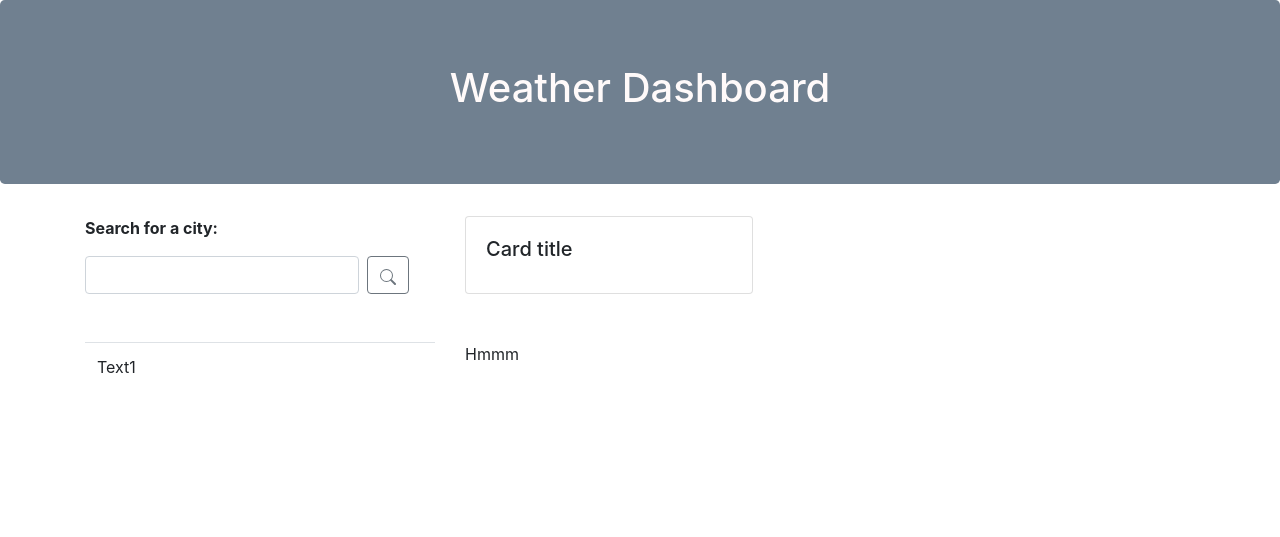
Repository: himaja830/Weather-Dashboard
Page: index.html
These files come from the project's save history. The page is drawn as it stood at one moment and after the next save; the edit follows.
The browser window is 1280 px wide. The pictures show the whole page.

Above is the page before, as saved 2020-06-27 11:26:40.

### index.html
<!DOCTYPE html>
<html lang="en">
<head>
    <meta charset="UTF-8">
    <meta name="viewport" content="width=device-width, initial-scale=1.0">
    <title>Weather Dashboard</title>
    <link rel="stylesheet" href="https://stackpath.bootstrapcdn.com/bootstrap/4.5.0/css/bootstrap.min.css" integrity="sha384-9aIt2nRpC12Uk9gS9baDl411NQApFmC26EwAOH8WgZl5MYYxFfc+NcPb1dKGj7Sk" crossorigin="anonymous">
    <link rel="stylesheet" href="assets/style.css">
</head>
<body>
    <div class="jumbotron">
        <h1>Weather Dashboard</h1>
    </div>
    <div class="container">
        <div class="row row-cols-4">
            <div class="col-4">
                <strong><p>Search for a city:</p></strong>
                <form class="form-inline">
                <input class="form-control mr-sm-2" type="search"  aria-label="Search">
                <button class="btn btn-outline-secondary my-2 my-sm-0" type="submit">
                    <svg width="1em" height="1em" viewBox="0 0 16 16" class="bi bi-search" fill="currentColor" xmlns="http://www.w3.org/2000/svg">
                    <path fill-rule="evenodd" d="M10.442 10.442a1 1 0 0 1 1.415 0l3.85 3.85a1 1 0 0 1-1.414 1.415l-3.85-3.85a1 1 0 0 1 0-1.415z"/>
                    <path fill-rule="evenodd" d="M6.5 12a5.5 5.5 0 1 0 0-11 5.5 5.5 0 0 0 0 11zM13 6.5a6.5 6.5 0 1 1-13 0 6.5 6.5 0 0 1 13 0z"/>
                  </svg>
                </button>
              </form>
              <br>
              <br>
            </div>
            <div class="col-6">
                <div class="card" style="width: 18rem;">
                    <div class="card-body">
                      <h5 class="card-title">Card title</h5>
                      <p class="card-text"></p>
                    </div>
                </div>
            </div>
            <div class="col-4">
                <div>
                <table class="table">
                <tbody>
                    <tr>
                      <td>Text1</td>
                    </tr>
                </tbody>
                </table>
                </div>
            </div>
            <div class="col-6">Hmmm</div>
        </div>
    </div>
</body>
</html>

### assets/style.css
.jumbotron{
    text-align: center;
    background-color: slategrey;
    color: snow;
}
button,input{
    overflow: hidden;
}

After the next save:
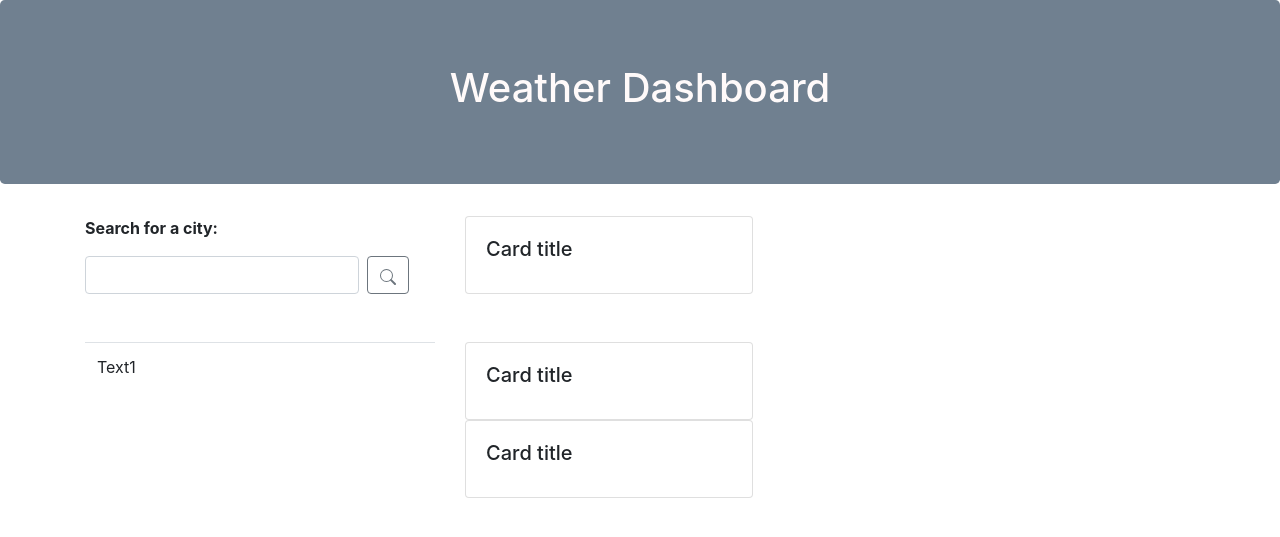
Saved 3 min 0 s later.
--- a/index.html
+++ b/index.html
@@ -46,7 +46,20 @@
                 </table>
                 </div>
             </div>
-            <div class="col-6">Hmmm</div>
+            <div class="col-6">
+                <div class="card" style="width: 18rem;">
+                    <div class="card-body">
+                      <h5 class="card-title">Card title</h5>
+                      <p class="card-text"></p>
+                    </div>
+                </div>
+                <div class="card" style="width: 18rem;">
+                    <div class="card-body">
+                      <h5 class="card-title">Card title</h5>
+                      <p class="card-text"></p>
+                    </div>
+                </div>
+            </div>
         </div>
     </div>
 </body>
